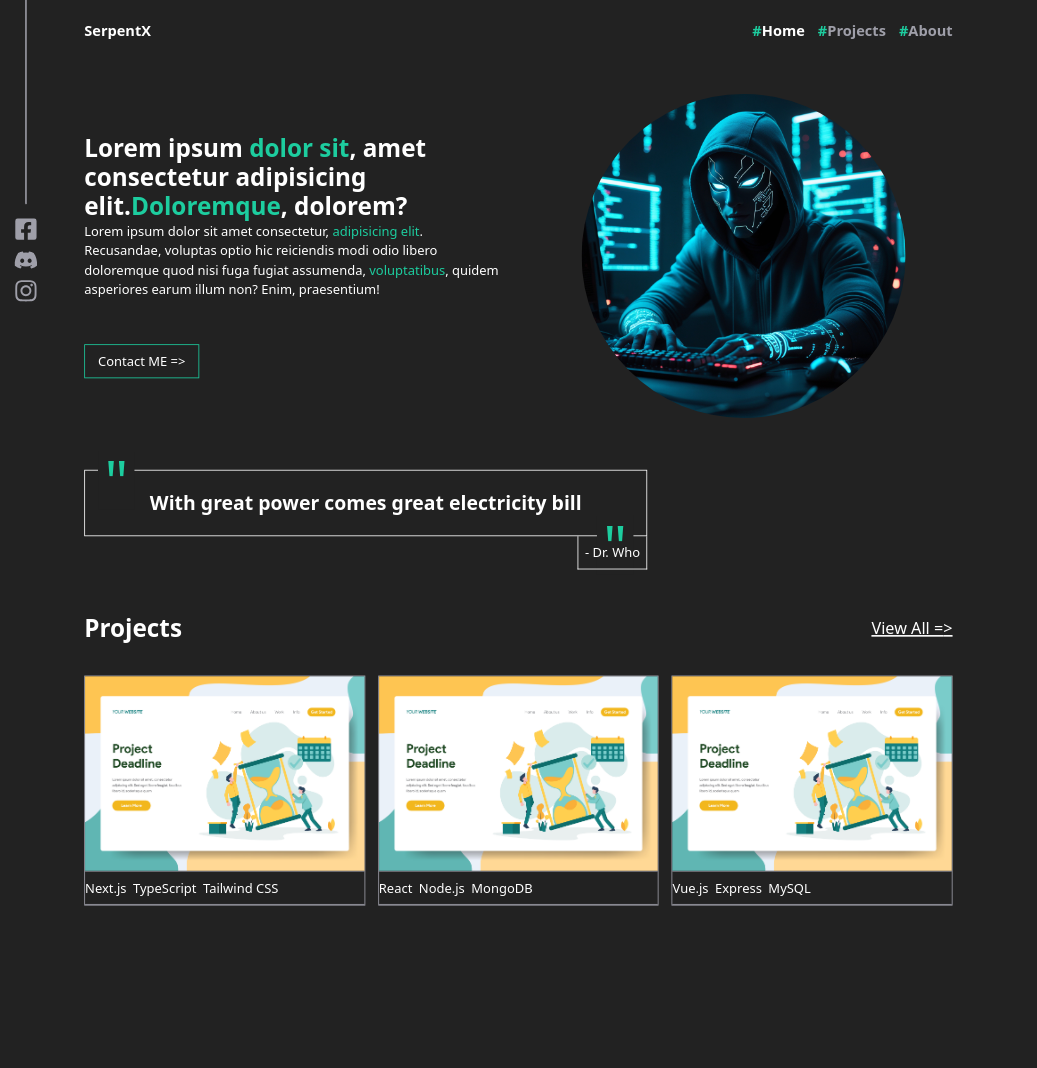
Repository: SERPENTX03/Portfolio-Tutorial
Page: /
These files come from the project's save history. The page is drawn as it stood at one moment and after the next save; the edit follows.
The browser window is 1280 px wide. The pictures show the whole page, at 81% of full size.
The project was rebuilt for these pictures with package versions that can differ from the ones it lists, and the page was loaded fresh each time. The framework's server and built-in components were replaced by stand-ins that run in the browser. Also part of the build but not shown: next.config.ts.

Above is the page before, as saved 2025-04-19 21:20:41.

After the next save:
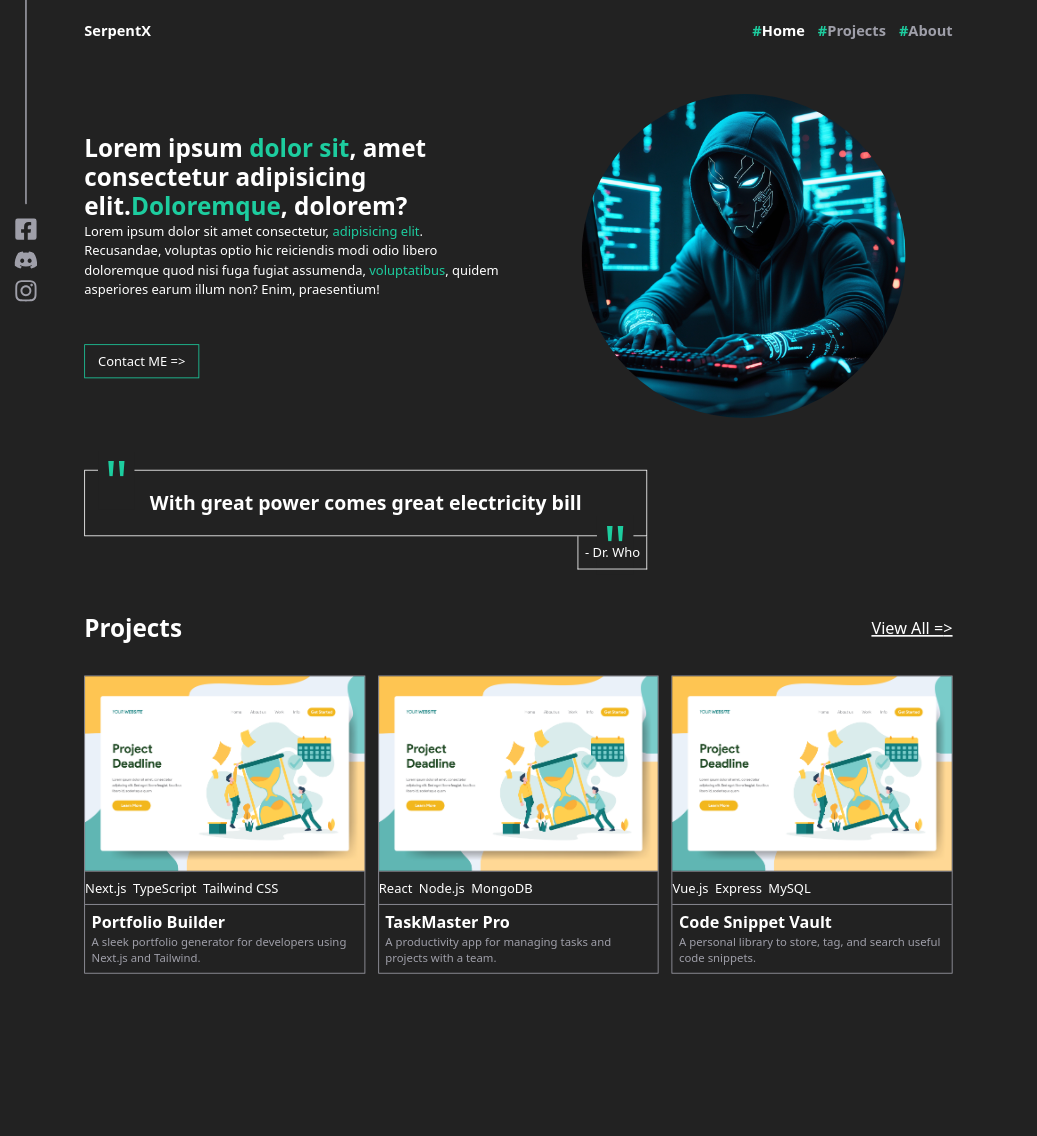
Saved 6 s later.
--- a/components/Projects.tsx
+++ b/components/Projects.tsx
@@ -26,6 +26,10 @@ const Projects = () => {
                 <p key={lang}>{lang}</p>
               ))}
             </div>
+            <div className="p-2">
+              <h3 className="text-xl font-bold">{project.title}</h3>
+              <p className="text-sm text-text">{project.description}</p>
+            </div>
           </div>
         ))}
       </div>
